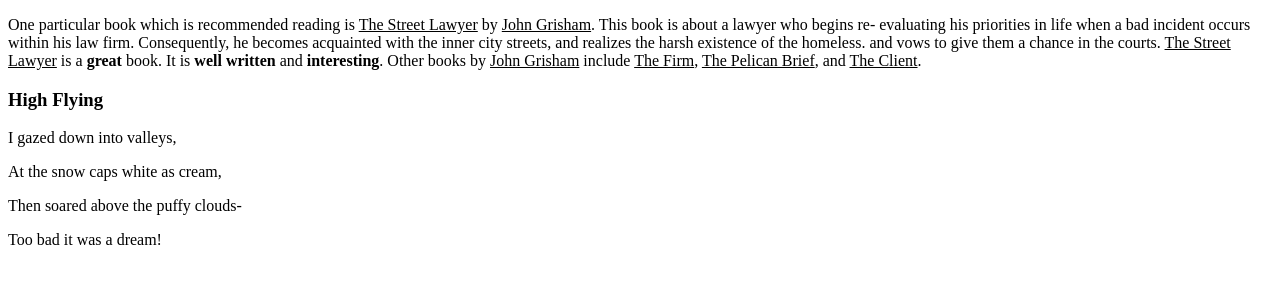
Repository: NguyenPhuSang21023391/HTCNWeb_T1-2
Page: TH_Tuan01/html/bai03.html
The author's editor kept a copy of each file at every save. The page is drawn from the files as they stood at one save, then again after the next save.
The browser window is 1280 px wide. The pictures show the whole page.

Above is the page before, as saved 2023-02-19 16:00:03.

### TH_Tuan01/html/bai03.html
<!DOCTYPE html>
<html lang="en">
  <head>
    <meta charset="UTF-8" />
    <meta http-equiv="X-UA-Compatible" content="IE=edge" />
    <meta name="viewport" content="width=device-width, initial-scale=1.0" />
    <title>Document</title>
  </head>
  <body>
    <p>
      One particular book which is recommended reading is
      <u>The Street Lawyer</u> by <u>John Grisham</u>. This book is about a
      lawyer who begins re- evaluating his priorities in life when a bad
      incident occurs within his law firm. Consequently, he becomes acquainted
      with the inner city streets, and realizes the harsh existence of the
      homeless. and vows to give them a chance in the courts.
      <u>The Street Lawyer</u> is a <b>great</b> book. It is
      <b>well written</b> and <b>interesting</b>. Other books by
      <u>John Grisham</u> include <u>The Firm</u>, <u>The Pelican Brief</u>, and
      <u>The Client</u>.
    </p>

    <h3>High Flying</h3>
    <p style="text-align: left: ;;">I gazed down into valleys,</p>
    <p style="text-align: left: ;;">At the snow caps white as cream,</p>
    <p style="text-align: left: ;;">Then soared above the puffy clouds-</p>
    <p style="text-align: left: ;;">Too bad it was a dream!</p>
  </body>
</html>

After the next save:
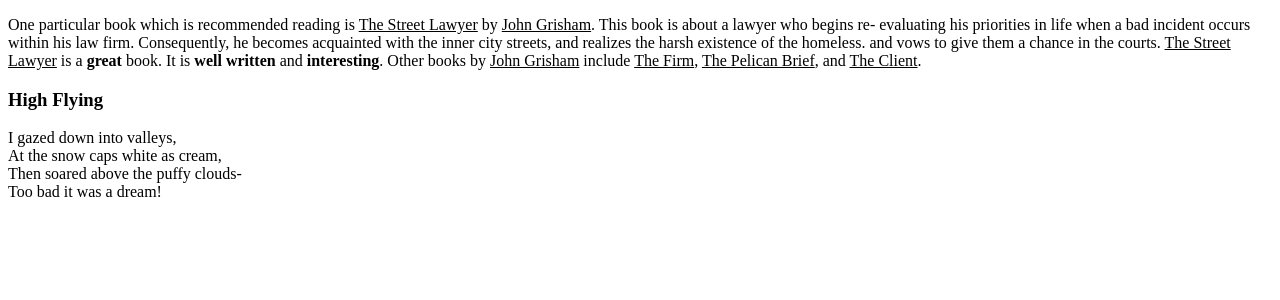
Saved 4 min 37 s later.
--- a/TH_Tuan01/html/bai03.html
+++ b/TH_Tuan01/html/bai03.html
@@ -21,9 +21,9 @@
     </p>
 
     <h3>High Flying</h3>
-    <p style="text-align: left: ;;">I gazed down into valleys,</p>
-    <p style="text-align: left: ;;">At the snow caps white as cream,</p>
-    <p style="text-align: left: ;;">Then soared above the puffy clouds-</p>
-    <p style="text-align: left: ;;">Too bad it was a dream!</p>
+    <p style="text-align: left: ;;">
+      I gazed down into valleys, <br />At the snow caps white as cream,<br />Then
+      soared above the puffy clouds- <br />Too bad it was a dream!
+    </p>
   </body>
 </html>
